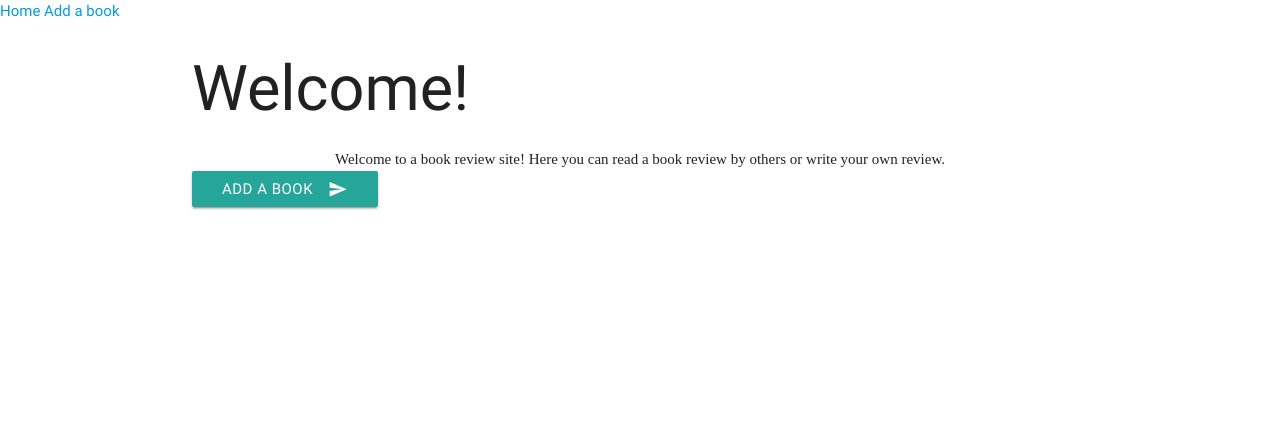
Repository: h8130084/bookReview
Page: templates/books.html
The author's editor kept a record of every edit. The page is drawn from the files as they stood at one moment, then again after the next edit.
The browser window is 1280 px wide. The pictures show the whole page.
Some web libraries are served in a nearby version. The page is served by the project's application, run on Flask 3 (app.py). The template is opened directly, without the code that normally fills it, so the values that code supplies are empty.

Above is the page before.
Console error: ReferenceError: M is not defined

### templates/books.html
{% extends 'base.html' %} {% block content %}

<div class="wrapper">
    <h1> Welcome!</h1>
    <div class="sub-heading" "row"> Welcome to a book review site! Here you can read a book review by others or write your own review.</div>



    {% for book in books%}

    <ul class="collection">
        <li class="<a <a href=" {{url_for( 'book_info', book_id=book._id)}} "">{{book.Title}}</li>
    </ul>

    {% endfor %}








    <div class="row" "addBookButton">
        <form action="{{url_for('add_book')}}" class="col s12">
            <button class="btn waves-effect waves-light" type="submit" name="action">add a book
                <i class="material-icons right">send</i>
            </button>
        </form>
    </div>

</div>
</div>

{% endblock %}

### templates/base.html
<!DOCTYPE html>
<html lang="en">

<head>
    <meta charset="UTF-8">
    <meta name="viewport" content="width=device-width, initial-scale=1.0">
    <meta http-equiv="X-UA-Compatible" content="ie=edge">

    <link href="https://fonts.googleapis.com/icon?family=Material+Icons" rel="stylesheet">
    <link href="https://fonts.googleapis.com/css?family=Raleway&display=swap" rel="stylesheet">
    <link rel="stylesheet" href="https://cdnjs.cloudflare.com/ajax/libs/materialize/0.100.2/css/materialize.min.css">
    <link rel="stylesheet" href="{{url_for('static', filename='style.css')}}" type="text/css" />

    <title>Document</title>
</head>

<body>
    <header>
		<div id="navbar">
			<a href="{{url_for('get_books')}}"class="hvr-sweep-to-bottom">Home</a>
			<a href="{{url_for('add_book')}}" class="hvr-sweep-to-bottom">Add a book</a>
		</div>
    </header>


    <div class="container">
        {% block content %} {% endblock %}

        <script src="https://cdnjs.cloudflare.com/ajax/libs/jquery/3.2.1/jquery.min.js"></script>
        <script src="https://cdnjs.cloudflare.com/ajax/libs/materialize/0.100.2/js/materialize.min.js"></script>
        <script type="text/javascript">
            $(document).ready(function() {
                $('.tabs').tabs();
                $('#Review').val('New Text');
                M.textareaAutoResize($('#Review'));

            });

        </script>
    </div>
</body>


</html>

### app.py
import os
from flask import Flask, render_template, redirect, request, url_for
from flask_pymongo import PyMongo
from bson.objectid import ObjectId
import env

app = Flask(__name__)

app.config["MONGO_DBNAME"] = 'book_review'
app.config["MONGO_URI"] = env.MONGO_URI


mongo = PyMongo(app)

@app.route('/')
@app.route('/ get_books')
def get_books():
     return render_template("books.html", books=mongo.db.book_details.find())

@app.route('/edit_book/<book_id>')
def edit_book(book_id):
    the_book = mongo.db.book_details.find_one({"_id": ObjectId(book_id)})
    all_categories = mongo.db.categories.find()
    return render_template('editbook.html', book=the_book, categories=all_categories)

@app.route('/update_book/<book_id>', methods=["POST"])
def update_book(book_id):
    books = mongo.db.book_details
    books.update( {'_id': ObjectId(book_id)},
    {
        'Title': request.form.get('Title'),
        'Author': request.form.get('Author'),
        'Genre': request.form.get('Genre'),
        'Year': request.form.get('Year'),
        'Image_URL': request.form.get('Image_URL'),
        'Amazon': request.form.get('Amazon'),
        'Review': request.form.get('Review')
    })
    return redirect(url_for('get_books'))

#book details page
@app.route('/book_info/<book_id>')
def book_info(book_id):
    the_book = mongo.db.book_details.find_one({"_id": ObjectId(book_id)})
    all_categories = mongo.db.categories.find()
    return render_template('bookdetails.html', book=the_book, categories=all_categories)

# displays add books page
@app.route('/add_book')
def add_book():
    return render_template('addbook.html')

#  takes the details from the form and adds the book to the database, then redirects to home page
@app.route('/insert_book', methods=['POST'])
def insert_book():

    new_book = {
        'Title': request.form.get('Title'),
        'Author': request.form.get('Author'),
        'Genre': request.form.get('Genre'),
        'Year': request.form.get('Year'),
        'Image_URL': request.form.get('Image_URL'),
        'Amazon': request.form.get('Amazon'),
        'Review': request.form.get('Review'),
        'upvotes': 0,
    }

    books = mongo.db.book_details
    books.insert_one(new_book)
    # ----- get books should be home page to display that the book just added is present
    return redirect(url_for('get_books'))

# delete the book
@app.route('/delete_book/<book_id>')
def delete_book(book_id):
    mongo.db.book_details.remove({'_id': ObjectId(book_id)})
    return redirect(url_for('get_books'))


if __name__ == '__main__':
    app.run(host=os.environ.get('IP'),
    port=int(os.environ.get('PORT')),
    debug=True)

### static/style.css
@import url('https://fonts.googleapis.com/css?family=Raleway&display=swap" rel="stylesheet: 100,200,300,400,500,600,700');

/*body{*/
/*    background-color: green;*/
/*}*/

/* Nav bar */

/* Style the navbar */

.sub-heading {
  font-family: Indie Flower, cursive;
  text-align: center;
}

After the next edit:
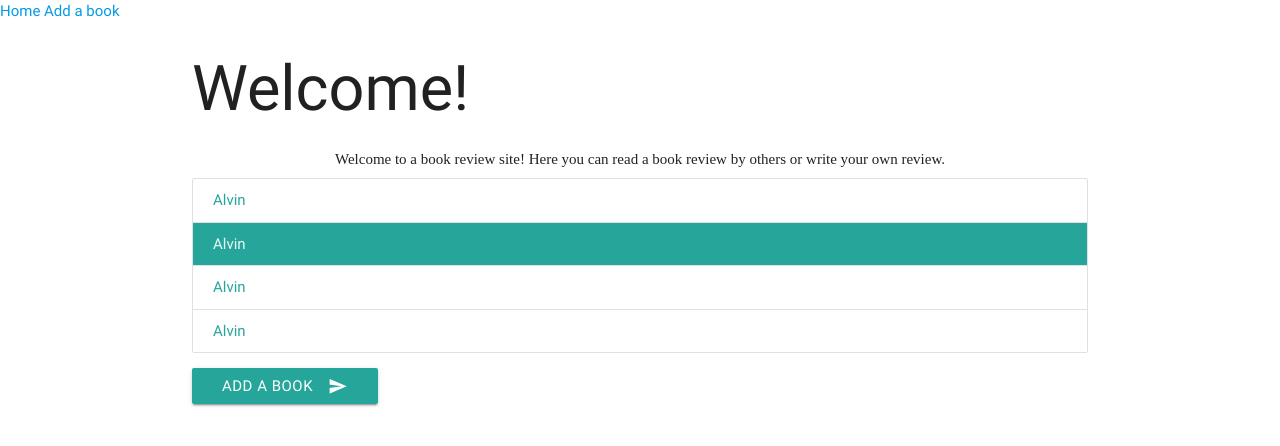
The edit:
--- a/templates/books.html
+++ b/templates/books.html
@@ -15,7 +15,12 @@
     {% endfor %}
 
 
-
+      <div class="collection">
+        <a href="#!" class="collection-item">Alvin</a>
+        <a href="#!" class="collection-item active">Alvin</a>
+        <a href="#!" class="collection-item">Alvin</a>
+        <a href="#!" class="collection-item">Alvin</a>
+      </div>
 
 
 
